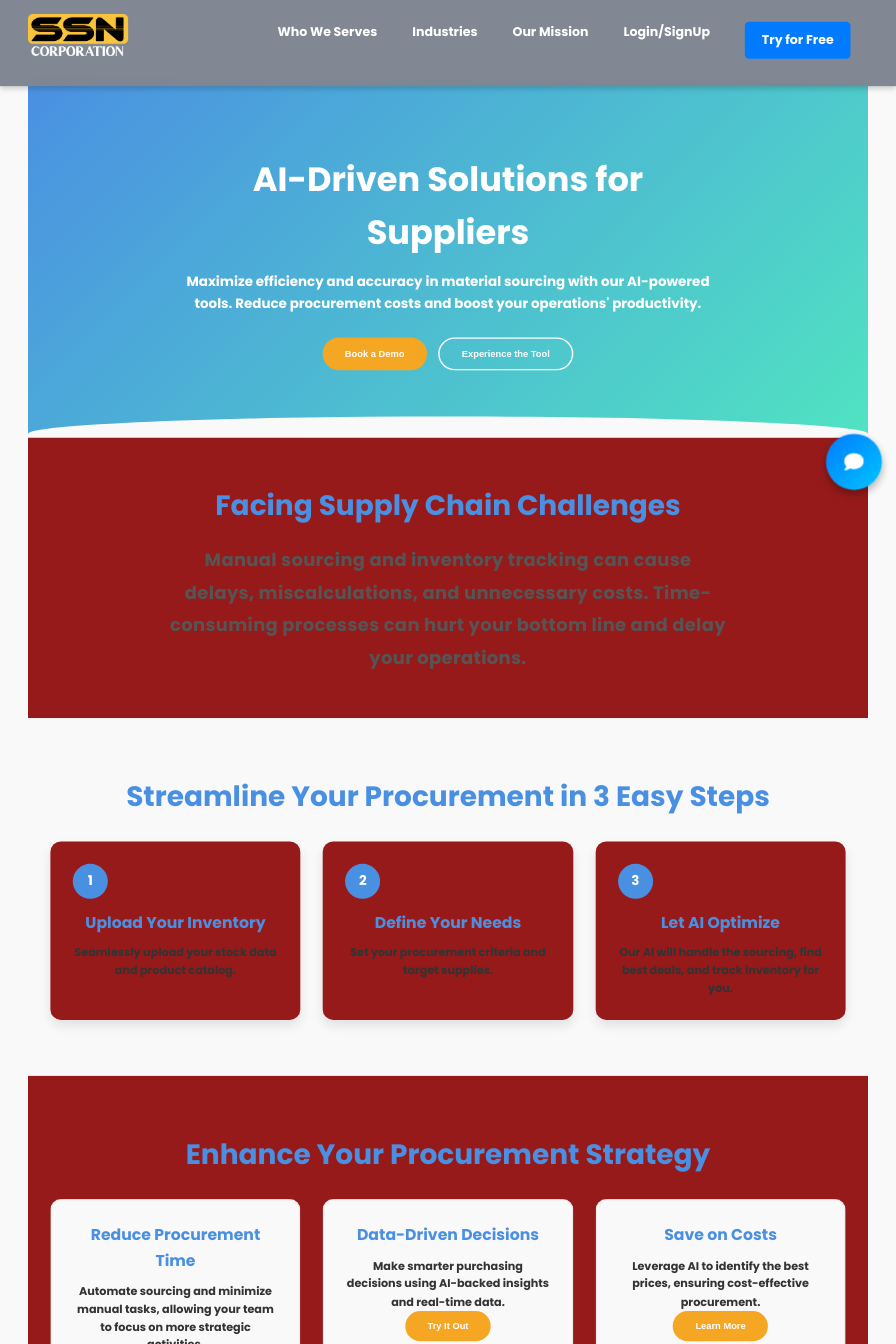
Repository: aabhashbasnet/SSNCorporation
Page: /who-we-serve/suppliers
The author's editor kept a copy of each file at every save. The page is drawn from the files as they stood at one save, then again after a run of saves.
The browser window is 1280 px wide. The pictures show the part of the page from y = 0 to 1920 px (the page is 3187 px tall), at 70% of full size.
The project was rebuilt for these pictures with package versions that can differ from the ones it lists, and the page was loaded fresh each time. Also part of the build but not shown: src/components/Main/Main.jsx, src/components/Working/Working.css, src/components/Working/Working.jsx, src/components/Footer/Footer.jsx, src/pages/OurMission/OurMission.jsx, src/pages/LoginSignUp/LoginSignUp.css, src/pages/LoginSignUp/LoginSignUp.jsx, src/pages/Industries/Industries.jsx and 12 more.

Above is the page before, as saved 2025-02-11 13:01:45.

### src/index.css
/* index.css or App.css */
body {
  margin: 0;
  padding: 0;
  font-family: 'Poppins', sans-serif; /* Optional: Add modern typography */
  /* background: linear-gradient(to bottom, #0a192f, #162447); */
  /* background: linear-gradient(to bottom, #0a192f, #004aad); */
  /* background: radial-gradient(circle at top, #00c6ff, #0072ff, #0a192f);
  background: radial-gradient(circle at top, #ff7e5f, #feb47b, #f4f4f4);
  background: radial-gradient(circle at top, #6a11cb, #2575fc);
  background: radial-gradient(circle at top, #ff416c, #ff4b2b); */
  background: radial-gradient(circle at top, #fbc2eb, #a6c1ee);
  color: white; /* Ensures text is readable */
  min-height: 100vh;
}

### src/App.css
.app-container {
  min-height: 100vh;
  display: flex;
  flex-direction: column;
  background-size: cover;
  background-position: center;
}

### src/components/Main/Main.css
/* Ensure the main content takes up the remaining spaces */
html, body {
  height: 100%;
  margin: 0;
}

/* Main content styling */
.main-content {
  padding: 50px 20px;
  text-align: center; /* Center align the content */
  min-height: calc(100vh - 80px); /* Adjust height to fill the remaining space after navbar */
  display: flex;
  flex-direction: column;
  justify-content: center;
  align-items: center; /* Ensure content is centered horizontally */
}

/* Headline styling */
.headline {
  font-family: Verdana, Geneva, Tahoma, sans-serif;
  font-size: 72px; /* Increased font size */
  font-weight: bold;
  color: #333; /* Dark color for readability */
  margin-bottom: 20px;
  line-height: 1.2;
  white-space: normal; /* Allow line breaks */
  display: inline-block; /* Make it an inline-block element */
  max-width: 90%; /* Set a max-width for better control */
}

/* Description styling */
.description {
  font-size: 18px;
  font-weight: bolder;
  color: white; /* Slightly lighter color */
  max-width: 800px; /* Set max-width to avoid overly long lines */
  margin: 0 auto; /* Center align */
  line-height: 1.6;
}

.instant {
  color: red;
}

/* Button container styling */
.button-container {
  display: flex;
  gap: 20px; /* Add space between buttons */
  justify-content: center;
  margin-top: 20px;
  flex-wrap: wrap; /* Ensure buttons wrap on small screens */
  align-items: center; /* Center the buttons */
}

/* Button base styling */
.button {
  padding: 12px 30px;
  font-size: 16px;
  font-weight: bold;
  border: none;
  border-radius: 5px;
  cursor: pointer;
  transition: transform 0.3s ease, background-color 0.3s ease;
  display: inline-block;
}

/* Default button styling (for both buttons) */
.button:hover {
  transform: translateY(-3px);
}

/* "Get Started" button styling */
.button.primary {
  background-color: #007bff; /* Blue color */
  color: white;
  font-size: larger;
}

.button.primary:hover {
  background-color: #0056b3; /* Darker blue on hover */
}

/* "Connect with Us" button styling */
.button.connect {
  background-color: #28a745; /* Green color */
  color: white;
}

.button.connect:hover {
  background-color: #218838; /* Darker green on hover */
}

/* Add some responsive styling */
@media (max-width: 768px) {
  .headline {
    font-size: 48px; /* Adjust the headline font size on mobile */
  }

  .description {
    font-size: 16px; /* Adjust description font size on mobile */
    padding: 0 20px; /* Add padding on sides for better readability */
  }

  .button-container {
    flex-direction: column; /* Stack buttons on mobile */
    align-items: center; /* Center align the buttons */
  }

  .button {
    width: 100%; /* Make buttons full width on small screens */
    max-width: 300px; /* Set a maximum width for buttons */
    margin: 10px 0; /* Add margin for space between buttons */
  }
}

### src/components/Footer/Footer.css
.footer {
    background-color: #333;
    background: #2c3e50; /* Dark blue/gray */
    background: radial-gradient(circle at top, #333, #555);
    background: radial-gradient(circle at top, #4b0082, #2c003e);
    background: radial-gradient(circle at top, #2a2a2a, #3b3b3b);
    background: radial-gradient(circle at top, #2a2a2a, #4e4e4e);

    color: white;
    padding: 30px;
  }

  .footer-content {
    display: flex;
    flex-wrap: wrap;
    justify-content: space-around;
    max-width: 1200px;
    margin: 0 auto;
  }

  .footer-section {
    flex: 1 1 30%;
    margin-bottom: 20px;
    text-align: center;
  }

  .logo {
    width: 120px;
    height: auto;
    margin-bottom: 15px;
  }

  .social-links {
    display: flex;
    justify-content: center; /* Center social icons */
    gap: 20px;
  }

  .social-icon {
    font-size: 28px;
    color: white;
    transition: color 0.3s ease;
  }

  .social-icon:hover {
    color: #0e76a8;
  }


  .footer-section h4 {
    font-size: 1.5rem; /* Use rem for scalable font sizes */
    font-weight: bold;
    margin-bottom: 10px;
    color: rgb(11, 240, 11);
    text-transform: uppercase;
  }
  .footer-nav {
    list-style: none;
    padding: 0;
    margin: 0;
  }

  .footer-nav li {
    margin-bottom: 10px;
  }

  .footer-nav a {
    font-size: 1rem;
    color: hsl(0, 0%, 100%);
    text-decoration: none;
    transition: color 0.3s ease;
  }

  .footer-nav a:hover {
    color: #0e76a8;
  }

  .newsletter {
    display: flex;
    flex-direction: column; /* Stack input and button */
    align-items: center; /* Center content horizontally */
  }

  .email-input {
    padding: 10px;
    border: 1px solid #fff;
    border-radius: 5px;
    width: 80%; /* Make input responsive */
    margin-bottom: 10px;
    background-color: #444;
    color: white;
  }

  .subscribe-button {
    padding: 10px 20px;
    background-color: #d31b1b;
    color: white;
    border: none;
    border-radius: 5px;
    cursor: pointer;
    transition: background-color 0.3s ease;
    width: 80%; /* Make button responsive */
  }

  .subscribe-button:hover {
    background-color: #b91b1b;
  }

  @media screen and (max-width: 768px) {
    .footer-section {
      flex: 1 1 100%; /* Each section takes full width on mobile */
      margin-bottom: 20px; /* Add space between sections */
    }

    .newsletter {
      flex-direction: column; /* Stack input and button vertically */
      align-items: center; /* Center the content horizontally */
    }

    .email-input,
    .subscribe-button {
      width: 100%; /* Full width input and button */
    }

    .footer-nav li {
      margin-bottom: 5px; /* Reduce margin between links */
    }
  }

### src/pages/Industries/Industries.css
/* Import Poppins font */
@import url('https://fonts.googleapis.com/css2?family=Poppins:wght@700&display=swap');

.industries-container {
  padding: 5rem 1rem;
}

.industries-title {
  font-family: Arial, Helvetica, sans-serif;
  text-align: center;
  font-size: 2.9rem;
  color: #1f2937;
  margin-bottom: 1rem;
  font-weight: 1000;
}

.industries-subtitle {
  text-align: center;
  color: #4b5563;
  font-size: 1.125rem;
  max-width: 800px;
  margin: 0 auto 3rem;
  line-height: 1.6;
}

.industries-grid {
  display: grid;
  gap: 2rem;
  grid-template-columns: 1fr;
}

.industry-card {
  background: white;
  padding: 2.5rem;
  border-radius: 1rem;
  box-shadow: 0 4px 6px -1px rgba(0, 0, 0, 0.1);
  transition: transform 0.3s ease, box-shadow 0.3s ease;
}

.industry-card:hover {
  transform: translateY(-5px);
  box-shadow: 0 10px 15px -3px rgba(0, 0, 0, 0.1);
}

.icon-container {
  width: 60px;
  height: 60px;
  border-radius: 50%;
  display: flex;
  align-items: center;
  justify-content: center;
  margin-bottom: 1.5rem;
}

.industry-icon {
  font-size: 2.5rem;
  color: white;
}

.industry-title {
  color: #1f2937;
  font-size: 1.5rem;
  margin: 1.5rem 0 1rem;
  font-weight: 600;
}

.industry-description {
  color: #4b5563;
  line-height: 1.6;
  margin-bottom: 1.5rem;
}

.learn-more-btn {
  color: #3b82f6;
  text-decoration: none;
  font-weight: 500;
  display: inline-flex;
  align-items: center;
  gap: 0.5rem;
  transition: color 0.3s ease;
}

.learn-more-btn:hover {
  color: #2563eb;
}

@media (min-width: 768px) {
  .industries-grid {
    grid-template-columns: repeat(2, 1fr);
  }
}

@media (min-width: 1024px) {
  .industries-grid {
    grid-template-columns: repeat(4, 1fr);
  }

  .industries-title {
    font-size: 3rem;
  }

  .industries-subtitle {
    font-size: 1.25rem;
  }
}

### src/pages/Industries/GeneralConstruction.css
/* Reset and base styles */
* {
  margin: 0;
  padding: 0;
  box-sizing: border-box;
}

body {
  background-color: #f5f7fa;
}

/* General section styling */
section {
  padding: 4rem 2rem;
  max-width: 1200px;
  margin: 0 auto;
}

/* Overview section */
.overview-section {
  display: flex;
  gap: 3rem;
  align-items: center;
  min-height: 80vh;
  background: linear-gradient(135deg, #e8f4fd 0%, #f5f7fa 100%);
  border-radius: 20px;
  margin: 2rem auto;
}

.overview-text {
  flex: 1;
}

.overview-text h1 {
  font-size: 3rem;
  margin-bottom: 1.5rem;
  color: #2c3e50;
  line-height: 1.2;
  font-weight: 700;
}

.overview-text p {
  font-size: 1.1rem;
  line-height: 1.6;
  color: #5a6c7d;
  margin-bottom: 1.5rem;
}

.overview-image {
  flex: 1;
  position: relative;
}

.overview-image img {
  width: 100%;
  height: auto;
  border-radius: 15px;
  box-shadow: 0 20px 40px rgba(0, 0, 0, 0.1);
}

/* Features and Benefits section */
.features-benefits {
  background: linear-gradient(135deg, #f5f7fa 0%, #e8f4fd 100%);
  text-align: center;
  padding: 5rem 2rem;
  border-radius: 20px;
  margin: 2rem auto;
}

.features-benefits h2 {
  font-size: 2.5rem;
  color: #2c3e50;
  margin-bottom: 3rem;
  font-weight: 700;
}

.feature-card {
  background: rgba(255, 255, 255, 0.9);
  padding: 2rem;
  border-radius: 10px;
  box-shadow: 0 10px 20px rgba(0, 0, 0, 0.05);
  transition: transform 0.3s ease;
  text-align: center;
}

.feature-card:hover {
  transform: translateY(-5px);
  background: rgba(255, 255, 255, 0.95);
  box-shadow: 0 15px 30px rgba(0, 0, 0, 0.1);
}

.feature-card i {
  font-size: 2.5rem;
  margin-bottom: 1rem;
}

.feature-card h3 {
  font-size: 1.5rem;
  color: #2c3e50;
  margin-bottom: 1rem;
  font-weight: 600;
}

.feature-card p {
  color: #5a6c7d;
  line-height: 1.5;
}

/* CTA section */
.cta-section {
  text-align: center;
  background: linear-gradient(135deg, #3498db, #2980b9);
  color: white;
  border-radius: 15px;
  margin: 2rem auto;
  padding: 4rem 2rem;
  box-shadow: 0 15px 30px rgba(41, 128, 185, 0.2);
}

.cta-section h2 {
  font-size: 2.5rem;
  margin-bottom: 1.5rem;
  font-weight: 700;
}

.cta-section p {
  font-size: 1.2rem;
  margin-bottom: 2rem;
  max-width: 600px;
  margin-left: auto;
  margin-right: auto;
  line-height: 1.6;
}

.cta-button {
  display: inline-block;
  padding: 1rem 2rem;
  font-size: 1.2rem;
  font-weight: 600;
  text-decoration: none;
  color: white;
  background: linear-gradient(135deg, #28a745, #218838);
  border-radius: 30px;
  transition: all 0.3s ease;
  cursor: pointer;
  border: 2px solid transparent;
  box-shadow: 0 4px 15px rgba(40, 167, 69, 0.2);
}

.cta-button:hover {
  transform: scale(1.05);
  box-shadow: 0 6px 20px rgba(40, 167, 69, 0.3);
  background: linear-gradient(135deg, #218838, #28a745);
  color: white;
  border-color: rgba(255, 255, 255, 0.2);
}

/* Responsive Design */
@media (max-width: 1024px) {
  .features-grid {
      grid-template-columns: repeat(2, 1fr);
  }
}

@media (max-width: 768px) {
  .overview-section {
      flex-direction: column;
      text-align: center;
  }

  .overview-text h1 {
      font-size: 2.5rem;
  }

  .features-grid {
      grid-template-columns: 1fr;
  }

  .cta-section h2 {
      font-size: 2rem;
  }
}

@media (max-width: 480px) {
  section {
      padding: 2rem 1rem;
  }

  .overview-text h1 {
      font-size: 2rem;
  }

  .features-benefits h2 {
      font-size: 2rem;
  }

  .feature-card {
      margin: 0;
  }

  .cta-button {
      width: 90%;
      max-width: 300px;
  }
}

### src/pages/Industries/FacilitiesMaintainance.css
/* Reset and base styles */
* {
  margin: 0;
  padding: 0;
  box-sizing: border-box;
}

body {
  background-color: #f5f7fa;
}

/* General section styling */
section {
  padding: 4rem 2rem;
  max-width: 1200px;
  margin: 0 auto;
}

/* Overview section */
.overview-section {
  display: flex;
  gap: 3rem;
  align-items: center;
  min-height: 80vh;
  background: linear-gradient(135deg, #e8f4fd 0%, #f5f7fa 100%);
  border-radius: 20px;
  margin: 2rem auto;
}

.overview-text {
  flex: 1;
}

.overview-text h1 {
  font-size: 3rem;
  margin-bottom: 1.5rem;
  color: #2c3e50;
  line-height: 1.2;
  font-weight: 700;
}

.overview-text p {
  font-size: 1.1rem;
  line-height: 1.6;
  color: #5a6c7d;
  margin-bottom: 1.5rem;
}

.overview-image {
  flex: 1;
  position: relative;
}

.overview-image img {
  width: 100%;
  height: auto;
  border-radius: 15px;
  box-shadow: 0 20px 40px rgba(0, 0, 0, 0.1);
}

/* Features and Benefits section */
.features-benefits {
  background: linear-gradient(135deg, #f5f7fa 0%, #e8f4fd 100%);
  text-align: center;
  padding: 5rem 2rem;
  border-radius: 20px;
  margin: 2rem auto;
}

.features-benefits h2 {
  font-size: 2.5rem;
  color: #2c3e50;
  margin-bottom: 3rem;
  font-weight: 700;
}

.feature-card {
  background: rgba(255, 255, 255, 0.9);
  padding: 2rem;
  border-radius: 10px;
  box-shadow: 0 10px 20px rgba(0, 0, 0, 0.05);
  transition: transform 0.3s ease;
  text-align: center;
}

.feature-card:hover {
  transform: translateY(-5px);
  background: rgba(255, 255, 255, 0.95);
  box-shadow: 0 15px 30px rgba(0, 0, 0, 0.1);
}

.feature-card i {
  font-size: 2.5rem;
  margin-bottom: 1rem;
}

.feature-card h3 {
  font-size: 1.5rem;
  color: #2c3e50;
  margin-bottom: 1rem;
  font-weight: 600;
}

.feature-card p {
  color: #5a6c7d;
  line-height: 1.5;
}

/* CTA section */
.cta-section {
  text-align: center;
  background: linear-gradient(135deg, #3498db, #2980b9);
  color: white;
  border-radius: 15px;
  margin: 2rem auto;
  padding: 4rem 2rem;
  box-shadow: 0 15px 30px rgba(41, 128, 185, 0.2);
}

.cta-section h2 {
  font-size: 2.5rem;
  margin-bottom: 1.5rem;
  font-weight: 700;
}

.cta-section p {
  font-size: 1.2rem;
  margin-bottom: 2rem;
  max-width: 600px;
  margin-left: auto;
  margin-right: auto;
  line-height: 1.6;
}

.cta-button {
  display: inline-block;
  padding: 1rem 2rem;
  font-size: 1.2rem;
  font-weight: 600;
  text-decoration: none;
  color: white;
  background: linear-gradient(135deg, #28a745, #218838);
  border-radius: 30px;
  transition: all 0.3s ease;
  cursor: pointer;
  border: 2px solid transparent;
  box-shadow: 0 4px 15px rgba(40, 167, 69, 0.2);
}

.cta-button:hover {
  transform: scale(1.05);
  box-shadow: 0 6px 20px rgba(40, 167, 69, 0.3);
  background: linear-gradient(135deg, #218838, #28a745);
  color: white;
  border-color: rgba(255, 255, 255, 0.2);
}

/* Responsive Design */
@media (max-width: 1024px) {
  .features-grid {
      grid-template-columns: repeat(2, 1fr);
  }
}

@media (max-width: 768px) {
  .overview-section {
      flex-direction: column;
      text-align: center;
  }

  .overview-text h1 {
      font-size: 2.5rem;
  }

  .features-grid {
      grid-template-columns: 1fr;
  }

  .cta-section h2 {
      font-size: 2rem;
  }
}

@media (max-width: 480px) {
  section {
      padding: 2rem 1rem;
  }

  .overview-text h1 {
      font-size: 2rem;
  }

  .features-benefits h2 {
      font-size: 2rem;
  }

  .feature-card {
      margin: 0;
  }

  .cta-button {
      width: 90%;
      max-width: 300px;
  }
}

### src/pages/WhoWeServe/Suppliers.css
/* Suppliers.css */

/* CSS Variables & Reset */
:root {
    --primary-color: #4a90e2;       /* A cool blue */
    --secondary-color: #50e3c2;     /* A fresh teal */
    --accent-color: #f5a623;        /* A warm accent (orange-ish) */
    --text-color: #333333;          /* Dark text */
    --light-text: #ffffff;          /* Light text for dark backgrounds */
    --bg-color: #f9f9f9;
    --card-bg: #971a1a;             /* Card background */
    --transition: all 0.3s ease;
  }

  * {
    margin: 0;
    padding: 0;
    box-sizing: border-box;
  }

  body {
    font-family: 'Poppins', sans-serif;
    background: var(--bg-color);
    color: var(--text-color);
    line-height: 1.6;
  }

  /* Hero Section */
  .hero {
    background: linear-gradient(135deg, var(--primary-color), var(--secondary-color));
    color: var(--light-text);
    padding: 6rem 2rem;
    text-align: center;
    position: relative;
    overflow: hidden;
  }

  .hero::after {
    content: '';
    position: absolute;
    bottom: -20px;
    left: 0;
    width: 100%;
    height: 50px;
    background: var(--bg-color);
    border-radius: 50% 50% 0 0;
  }

  .hero-content {
    position: relative;
    z-index: 1;
    max-width: 800px;
    margin: 0 auto;
  }

  .hero h1 {
    font-size: 3rem;
    margin-bottom: 1rem;
    font-weight: 700;
  }

  .hero p {
    font-size: 1.2rem;
    margin-bottom: 2rem;
  }

  .hero-buttons {
    display: inline-flex;
    gap: 1rem;
    flex-wrap: wrap;
    justify-content: center;
  }

  button {
    padding: 0.9rem 2rem;
    border: none;
    border-radius: 30px;
    font-weight: 600;
    cursor: pointer;
    transition: var(--transition);
  }

  /* Button Styles */
  .cta-demo {
    background: var(--accent-color);
    color: var(--light-text);
  }

  .cta-demo:hover {
    transform: translateY(-2px);
    /* You can adjust the hover effect as needed */
  }

  .cta-experience {
    background: transparent;
    border: 2px solid var(--light-text);
    color: var(--light-text);
  }

  .cta-experience:hover {
    background: rgba(255,255,255,0.2);
    transform: translateY(-2px);
  }

  /* Section Common Styles */
  section {
    padding: 5rem 2rem;
  }

  /* Headings */
  h2 {
    font-size: 2.5rem;
    text-align: center;
    margin-bottom: 2rem;
    color: var(--primary-color);
    font-weight: 700;
  }

  h3 {
    font-size: 1.4rem;
    font-weight: 600;
    margin-bottom: 0.8rem;
    color: var(--primary-color);
  }

  /* Challenges Section */
  .challenges {
    background: var(--card-bg);
    text-align: center;
    padding: 4rem 2rem;
  }

  .challenges h2 {
    margin-bottom: 1.5rem;
  }

  .challenges p {
    font-size: 1.6rem;        /* Larger text for emphasis */
    font-weight: 600;         /* Bolder for impact */
    color: #555;
    max-width: 800px;
    margin: 0 auto;
    line-height: 1.8;
    letter-spacing: 0.5px;
  }

  /* Process Section */
  .process {
    background: var(--bg-color);
    text-align: center;
  }

  .steps {
    display: grid;
    grid-template-columns: repeat(auto-fit, minmax(250px, 1fr));
    gap: 2rem;
    margin-top: 2rem;
  }

  .step {
    background: var(--card-bg);
    padding: 2rem;
    border-radius: 15px;
    box-shadow: 0 8px 16px rgba(0, 0, 0, 0.1);
    transition: var(--transition);
  }

  .step:hover {
    transform: translateY(-5px);
  }

  .step-number {
    width: 50px;
    height: 50px;
    background: var(--primary-color);
    color: var(--light-text);
    border-radius: 50%;
    display: flex;
    align-items: center;
    justify-content: center;
    font-size: 1.2rem;
    font-weight: 700;
    margin-bottom: 1rem;
  }

  /* Benefits Section */
  .benefits {
    background: var(--card-bg);
    text-align: center;
  }

  .benefit-container {
    display: grid;
    grid-template-columns: repeat(auto-fit, minmax(250px, 1fr));
    gap: 2rem;
    margin-top: 2rem;
  }

  .benefit {
    background: var(--bg-color);
    padding: 2rem;
    border-radius: 15px;
    border: 2px solid rgba(0, 0, 0, 0.05);
    transition: var(--transition);
  }

  .benefit:hover {
    transform: translateY(-5px);
    border-color: var(--primary-color);
  }

  /* Testimonials Section */
  .testimonials {
    background: var(--bg-color);
    text-align: center;
    padding: 4rem 2rem;
  }

  .testimonial-container {
    display: grid;
    grid-template-columns: repeat(auto-fit, minmax(280px, 1fr));
    gap: 2rem;
    margin-top: 2rem;
  }

  .testimonial {
    background: var(--card-bg);
    padding: 1.5rem;
    border-radius: 15px;
    box-shadow: 0 8px 16px rgba(0, 0, 0, 0.08);
  }

  .testimonial-image-container {
    width: 80px;
    height: 80px;
    border-radius: 50%;
    overflow: hidden;
    margin: 0 auto 1rem;
    border: 3px solid var(--primary-color);
  }

  .testimonial-image {
    width: 100%;
    height: 100%;
    object-fit: cover;
  }

  .testimonial p {
    font-size: 1rem;
    font-style: italic;
    color: #666;
    margin-bottom: 0.5rem;
  }

  .testimonial span {
    font-size: 0.9rem;
    color: #888;
  }

  /* Categories Section */
  .categories {
    background: var(--card-bg);
    text-align: center;
    padding: 4rem 2rem;
  }

  .categories ul {
    display: flex;
    flex-wrap: wrap;
    gap: 1rem;
    justify-content: center;
    margin-top: 2rem;
  }

  .categories li {
    background: var(--bg-color);
    color: var(--primary-color);
    padding: 0.8rem 1.5rem;
    border-radius: 50px;
    font-weight: 500;
    transition: var(--transition);
  }

  .categories li:hover {
    background: var(--primary-color);
    color: var(--light-text);
    transform: translateY(-2px);
  }

  /* Final Call-to-Action Section */
  .cta-final {
    background: var(--accent-color);
    color: var(--light-text);
    text-align: center;
    padding: 5rem 2rem;
    position: relative;
    overflow: hidden;
  }

  .cta-final::before {
    content: '';
    position: absolute;
    top: -50%;
    left: -50%;
    width: 200%;
    height: 200%;
    background: radial-gradient(circle at center, rgba(255,255,255,0.2), transparent);
    transform: rotate(45deg);
  }

  .cta-final h2 {
    font-size: 2.5rem;
    margin-bottom: 2rem;
    position: relative;
    z-index: 1;
  }

  .cta-buttons {
    display: inline-flex;
    gap: 1rem;
    position: relative;
    z-index: 1;
  }

  .cta-free {
    background: var(--light-text);
    color: var(--accent-color);
  }

  .cta-free:hover {
    background: #fff;
    transform: translateY(-2px);
  }

  /* Responsive Design */
  @media (max-width: 768px) {
    .hero h1 {
      font-size: 2.5rem;
    }

    .hero p {
      font-size: 1rem;
    }

    h2 {
      font-size: 2rem;
    }

    .cta-final h2 {
      font-size: 2rem;
    }
  }

Loaded but not shown: public/index.html (common file); src/index.js (common file); src/reportWebVitals.js (common file); src/App.js (63 lines, source omitted); src/components/FloatingChatButton/FloatingChatButton.jsx (177 lines, source omitted); src/components/FloatingChatButton/FloatingChatButton.css (285 lines, source omitted); src/components/Navbar/Navbar.jsx (138 lines, source omitted); src/pages/WhoWeServe/Suppliers.jsx (136 lines, source omitted); src/components/Navbar/Navbar.css (231 lines, source omitted); src/pages/Industries/Paving.css (214 lines, source omitted); src/pages/Industries/Landscaping.css (213 lines, source omitted); src/pages/OurMission/OurMission.css (228 lines, source omitted)

After the next 2 saves:
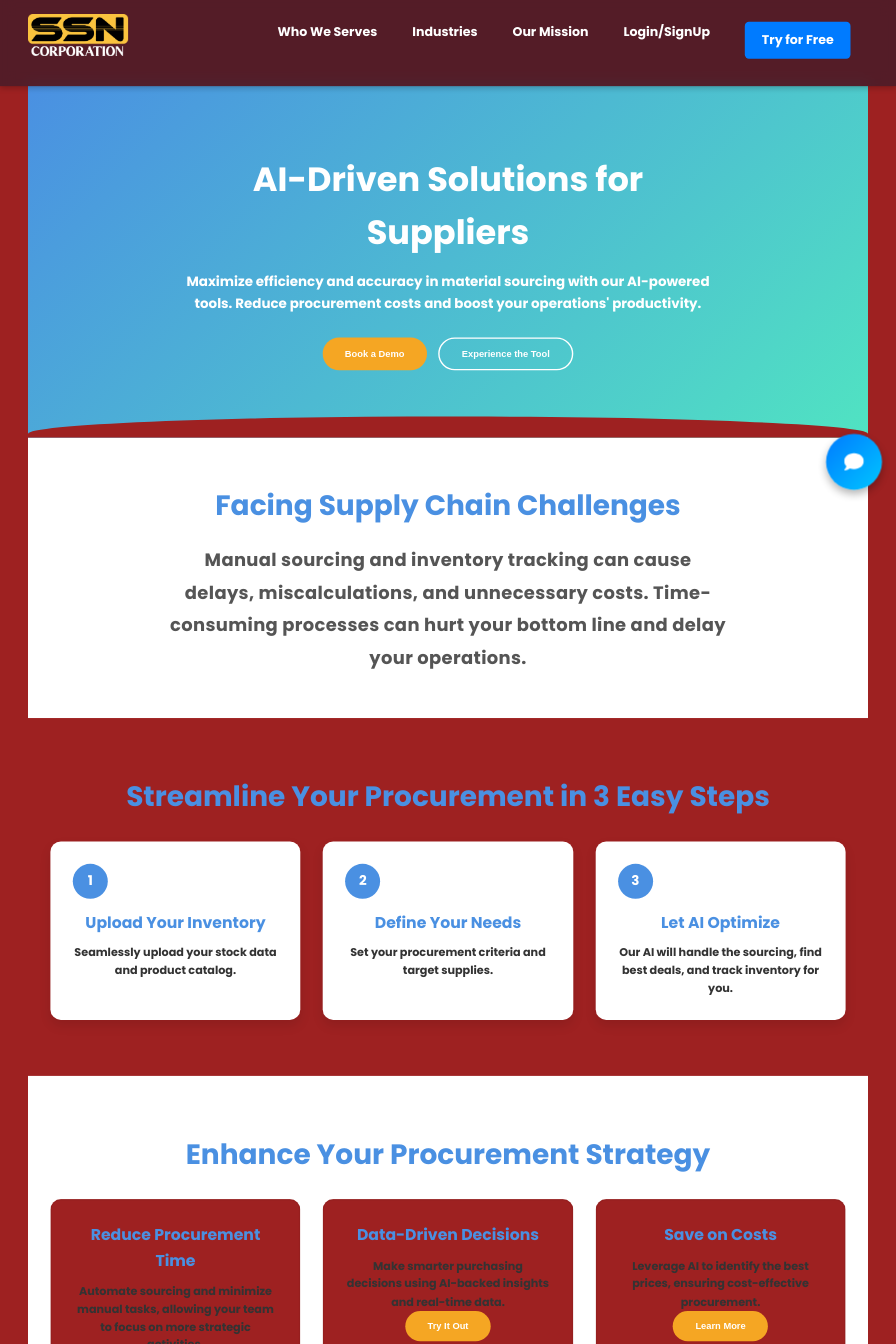
The 2 saves are shown as one change because they came seconds apart.
The last was saved 15 s later.
--- a/src/pages/WhoWeServe/Suppliers.css
+++ b/src/pages/WhoWeServe/Suppliers.css
@@ -7,8 +7,8 @@
     --accent-color: #f5a623;        /* A warm accent (orange-ish) */
     --text-color: #333333;          /* Dark text */
     --light-text: #ffffff;          /* Light text for dark backgrounds */
-    --bg-color: #f9f9f9;
-    --card-bg: #971a1a;             /* Card background */
+    --bg-color: #9e2121;
+    --card-bg: #ffffff;             /* Card background */
     --transition: all 0.3s ease;
   }
 
